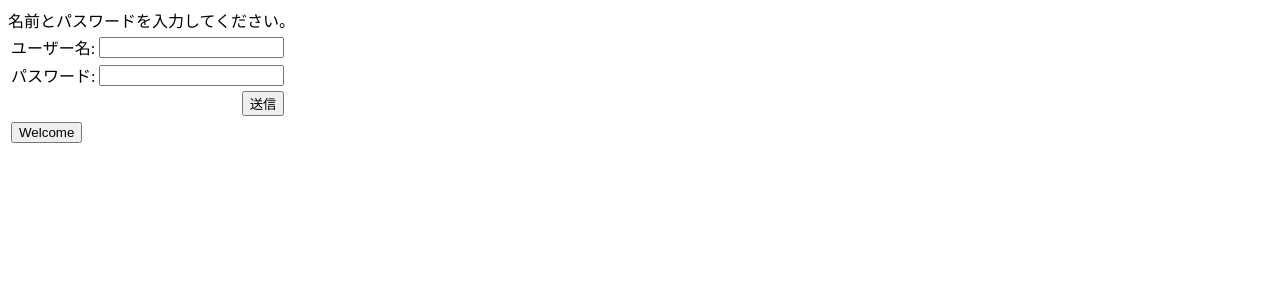
Repository: sh-sh-1110/test
Page: http://localhost/WebProj2/WelcomeAction.action
The author's editor kept a copy of each file at every save. The page is drawn from the files as they stood at one save, then again after the next save.
The browser window is 1280 px wide. The pictures show the whole page.
The page is served by Tomcat 9.

Above is the page before, as saved 2019-09-04 10:16:18.

After the next save:
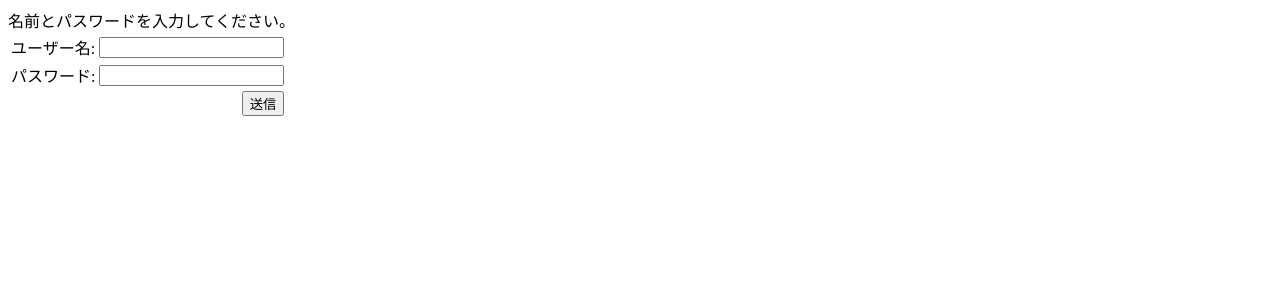
Saved 5 s later.
--- a/WebProj2/WebContent/welcome.jsp
+++ b/WebProj2/WebContent/welcome.jsp
@@ -17,9 +17,5 @@
 	<s:submit value="送信"/>
 </s:form>
 
-<s:form action="WelcomeAction">
-	<s:submit value="Welcome"/>
-</s:form>
-
 </body>
 </html>
